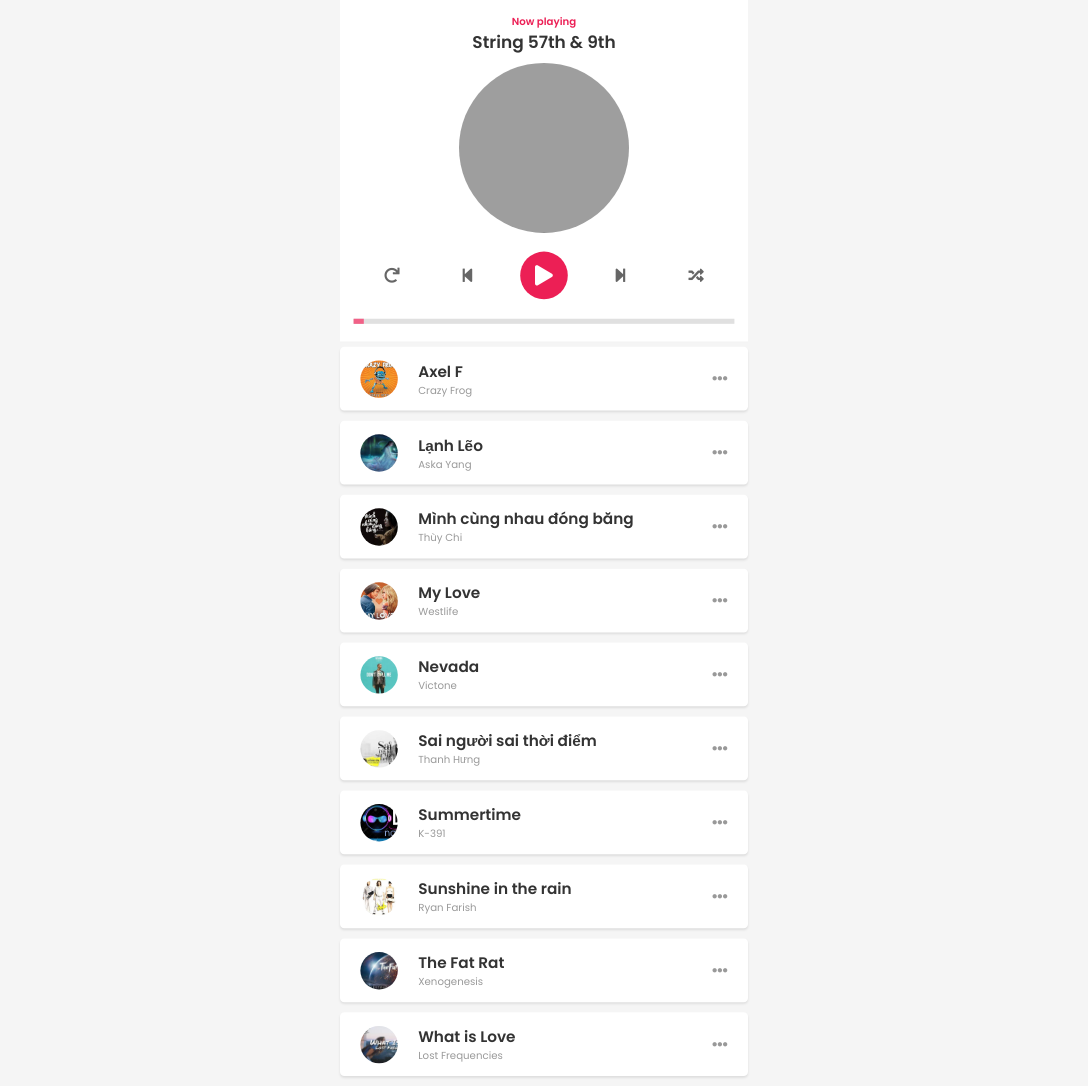
Repository: NBlue/Music_Player
Page: index.html
An editor plug-in stored every save of this project. The page is shown before and after the next save, followed by the edit.
The browser window is 1280 px wide. The pictures show the whole page, at 85% of full size.
Pictures or frames that could not be fetched are drawn as grey boxes.

Above is the page before, as saved 2021-10-13 09:23:04.

After the next save:
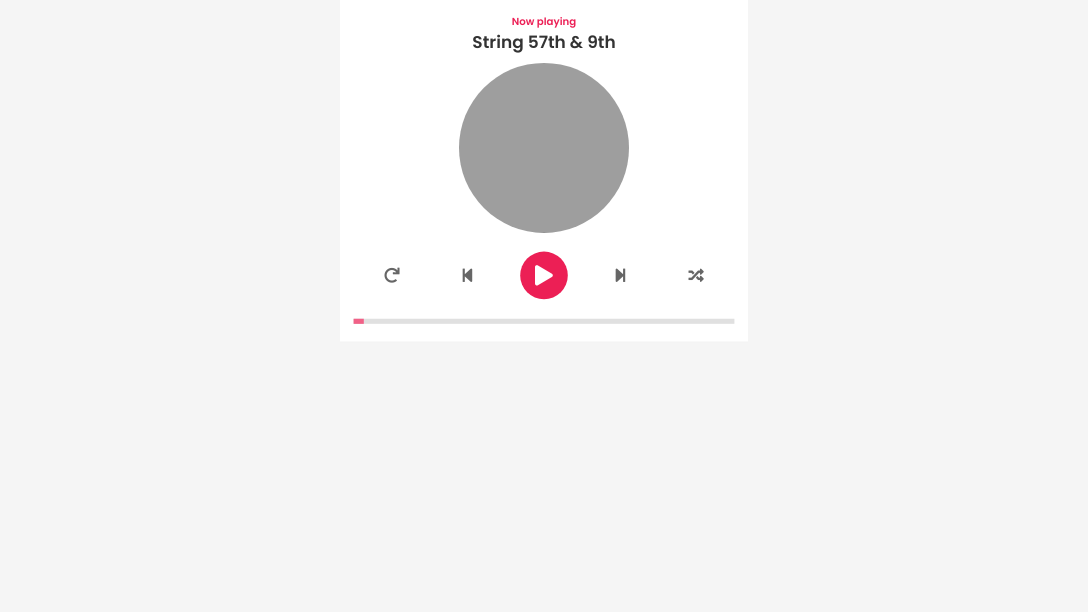
Saved 70 s later.
--- a/index.html
+++ b/index.html
@@ -123,6 +123,6 @@
         </div>
 
         <!-- SCRIPT -->
-        <script src="./main.js"></script>
+        <!-- <script src="./main.js"></script> -->
     </body>
 </html>

After the save that followed:
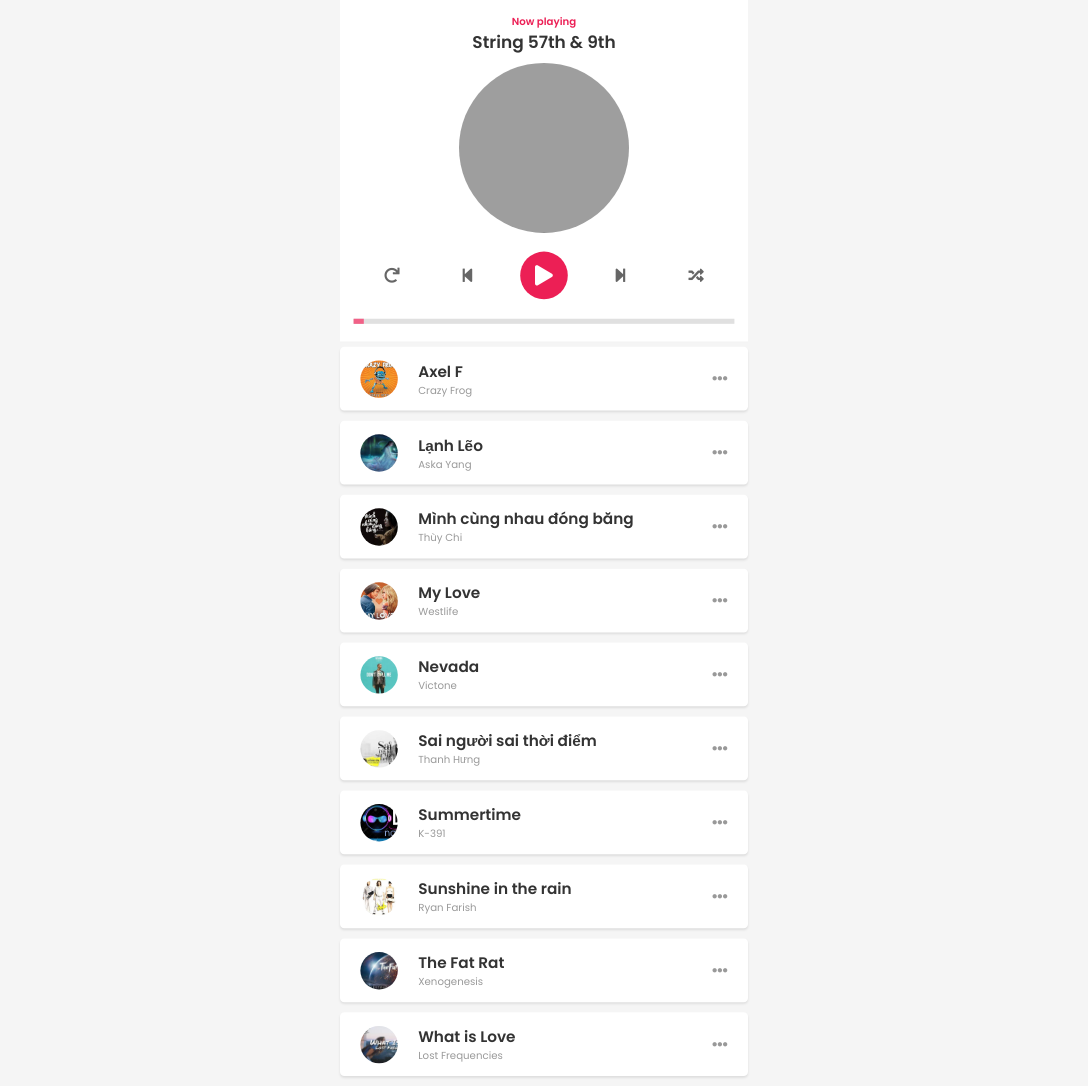
Saved 18 s later.
--- a/index.html
+++ b/index.html
@@ -123,6 +123,6 @@
         </div>
 
         <!-- SCRIPT -->
-        <!-- <script src="./main.js"></script> -->
+        <script src="./main.js"></script>
     </body>
 </html>
